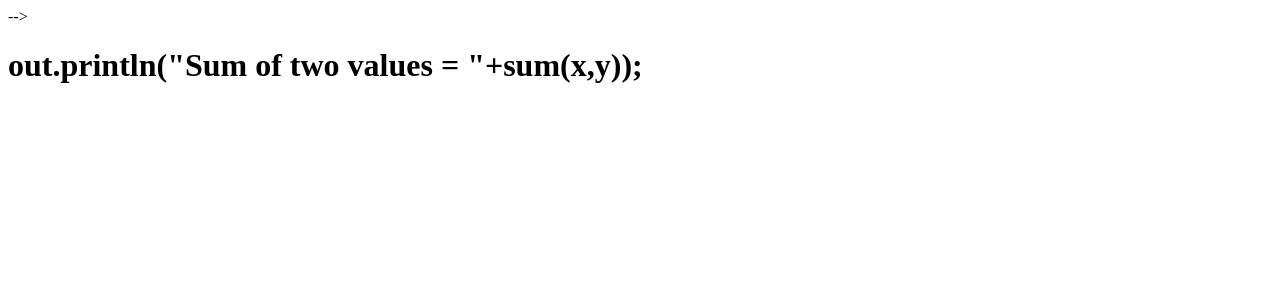
Repository: LUKKAROSHINI/Enterprise-Programming
Page: http://localhost/JspDemo/hello.jsp
An editor plug-in stored every save of this project. The page is shown before and after a run of saves, followed by the edit.
The browser window is 1280 px wide. The pictures show the whole page.
The page is served by Tomcat 9.

Above is the page before, as saved 2024-06-17 10:22:52.

After the next 5 saves:
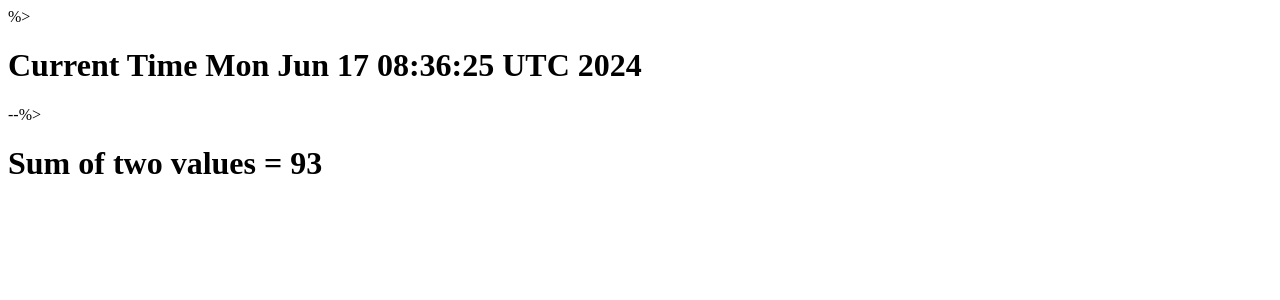
The 5 saves are shown as one change because 4 did not build or start.
The last was saved 7 min 23 s later.
--- a/JspDemo/src/main/webapp/hello.jsp
+++ b/JspDemo/src/main/webapp/hello.jsp
@@ -7,33 +7,30 @@
 <title>Insert title here</title>
 </head>
 <body>
-<!--
+<%--
 <h1>
-
 <%
-
-//response.sendRedirect("https://www.kluniversity.in");<!--used for redirect to url webpage -->
-
+    //response.sendRedirect("https://www.kluniversity.in"); <%-- used for redirect to url webpage --%>
 %>
-
-
- </h1>
-
- <h1>
-Current Time <%= java.util.Calendar.getInstance().getTime()%><!-- used for getting time -->
-
-</h1>
- -->
-<h1>
-<%int x = 25;
-		int y = 68;
-
-%>
-out.println("Sum of two values = "+sum(x,y));
 </h1>
 
+<h1>
+    Current Time <%= java.util.Calendar.getInstance().getTime() %> <%-- used for getting time --%>
+</h1>
+--%>
 
-
-
+<h1>
+<%!
+    // Defining the sum method using a declaration tag
+    int sum(int a, int b) {
+        return a + b;
+    }
+%>
+<%
+    int x = 25;
+    int y = 68;
+    out.println("Sum of two values = " + sum(x, y));
+%>
+</h1>
 </body>
 </html>
